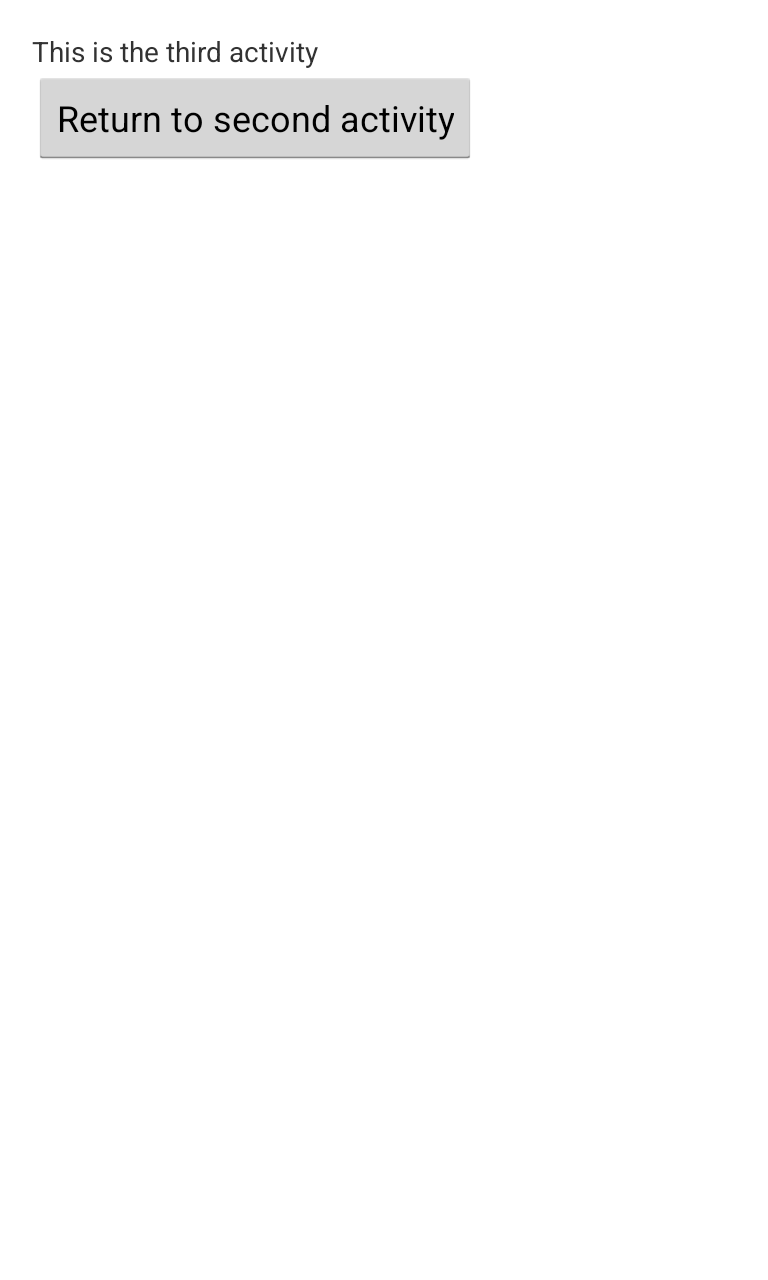
Repository: ericMedeiros93/Android-Dev
Layout: week5_intnet/res/layout/activity_third.xml
These files come from the project's save history. The layout is drawn as it stood at one moment and after the next save; the edit follows.
It is drawn on a 768 x 1280 px phone screen (xhdpi) without system bars, with theme AppTheme; the app's code is not run.

Above is the layout before, as saved 2014-10-01 15:57:27.

### week5_intnet/res/layout/activity_third.xml
<LinearLayout xmlns:android="http://schemas.android.com/apk/res/android"
    xmlns:tools="http://schemas.android.com/tools"
    android:layout_width="match_parent"
    android:layout_height="match_parent"
    android:orientation="vertical"
    android:paddingBottom="@dimen/activity_vertical_margin"
    android:paddingLeft="@dimen/activity_horizontal_margin"
    android:paddingRight="@dimen/activity_horizontal_margin"
    android:paddingTop="@dimen/activity_vertical_margin"
    tools:context="com.ericmedeiros.week5_intnet.MainActivity" >

    <TextView
        android:id="@+id/txtSecondActivity"
        android:layout_width="wrap_content"
        android:layout_height="wrap_content"
        android:text="This is the third activity"/>

     <Button
        android:id="@+id/btnReturn"
        android:layout_width="wrap_content"
        android:layout_height="wrap_content"
        android:onClick="closeSelf"
        android:text="Return to second activity"/>

</LinearLayout>

Loaded but not shown: week5_intnet/res/values/styles.xml (common file); week5_intnet/res/values-v11/styles.xml (common file); week5_intnet/res/values-v14/styles.xml (common file); week5_intnet/res/values/dimens.xml (common file); week5_intnet/res/values-w820dp/dimens.xml (common file)

After the next save:
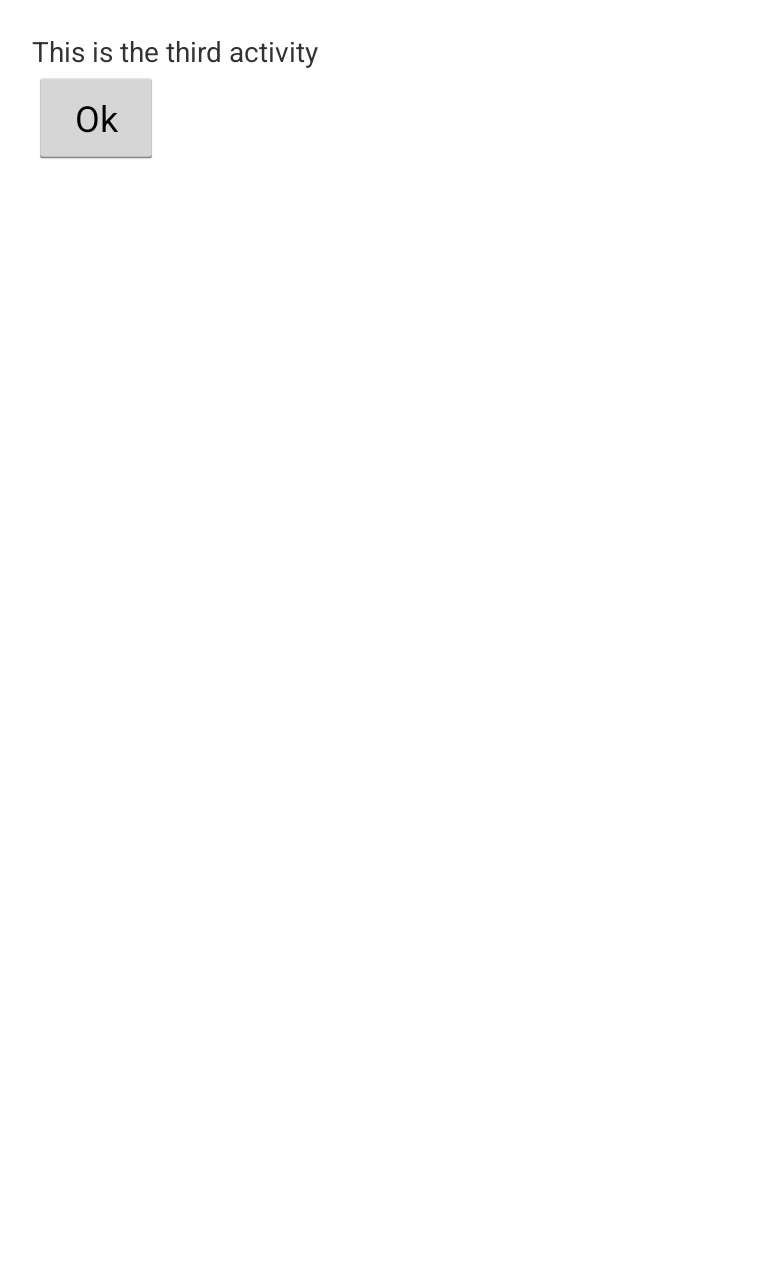
Saved 32 s later.
--- a/week5_intnet/res/layout/activity_third.xml
+++ b/week5_intnet/res/layout/activity_third.xml
@@ -20,6 +20,6 @@
         android:layout_width="wrap_content"
         android:layout_height="wrap_content"
         android:onClick="closeSelf"
-        android:text="Return to second activity"/>
+        android:text="Ok"/>
 
 </LinearLayout>
